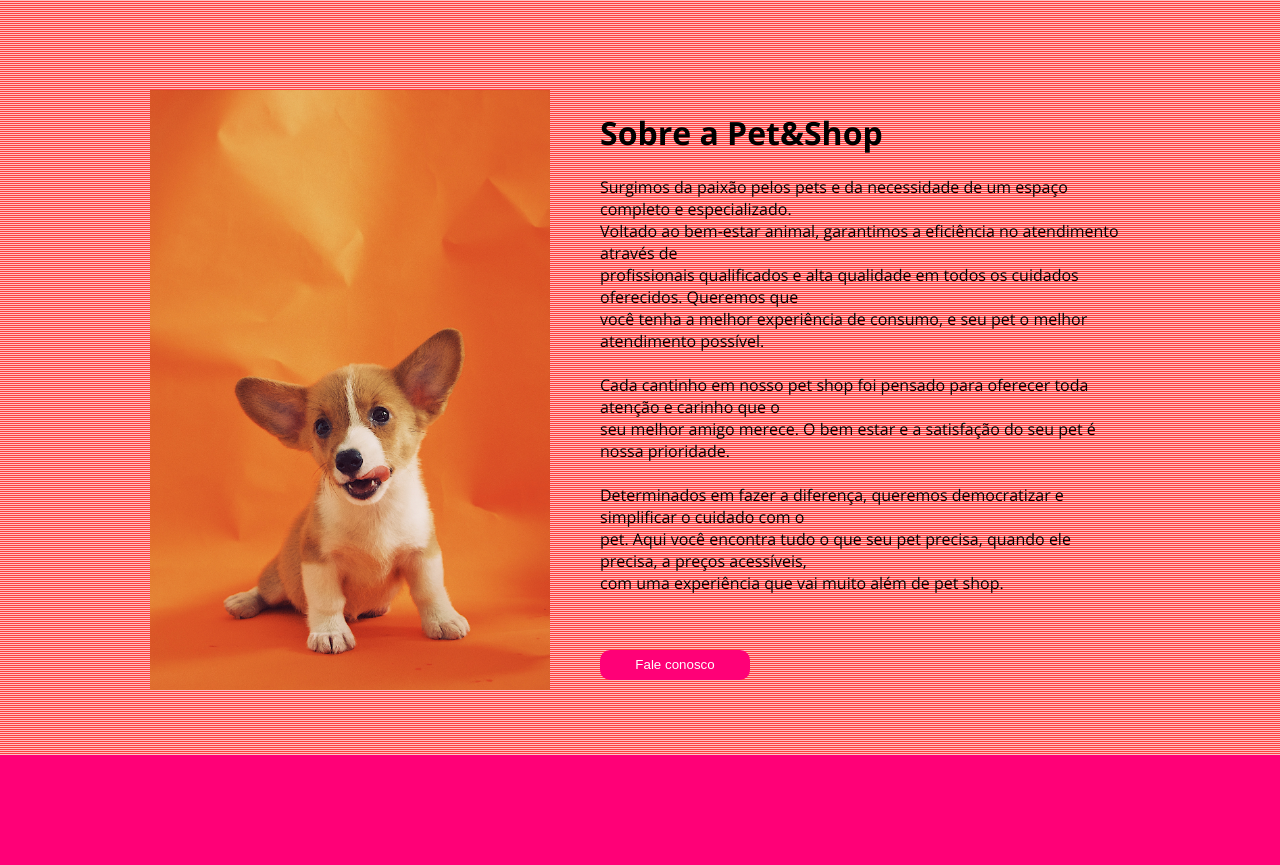
Repository: Carolden/ProhetoPetShop
Page: sobre.html
The author's editor kept a copy of each file at every save. The page is drawn from the files as they stood at one save, then again after the next save.
The browser window is 1280 px wide. The pictures show the part of the page from y = 260 to 1125 px (the page is 1790 px tall).
A picture or video elsewhere on the page could not be fetched, so the positions and the page height are approximate.

Above is the page before, as saved 2023-05-01 15:06:30.

### sobre.html
<!DOCTYPE html>
<html lang="pt-BR">
<head>
    <meta charset="UTF-8">
    <meta http-equiv="X-UA-Compatible" content="IE=edge">
    <meta name="viewport" content="width=device-width, initial-scale=1.0">
    <title>Pet&Shop</title>
    <link rel="stylesheet" href="sobre.css">
    <link rel="stylesheet" href="https://cdnjs.cloudflare.com/ajax/libs/font-awesome/6.4.0/css/all.min.css">
    <link rel="preconnect" href="https://fonts.googleapis.com">
    <link rel="preconnect" href="https://fonts.gstatic.com" crossorigin>
    <link href="https://fonts.googleapis.com/css2?family=Open+Sans:wght@300;400;500;600;700;800&display=swap" rel="stylesheet">


</head>

<body>

    <header>

        <div class="headerrow">
            <div class="headercolumn">
                <img src="Imagens/logo-colored.svg" alt="logo" class="logocolored">
            </div>

            <div>
                <nav class="menu">
                    <a href="index.html">Home</a>
                    <a href="sobre.html" class="active">Sobre</a>
                    <a href="produtos.html">Produtos</a>
                    <a href="servicos.html">Serviços</a>
                    <a href="faleconosco.html">Fale Conosco</a>
                </nav>
            </div>
        </div>


    </header>

    <div class="row">

        <div class="column">

            <img src="Imagens/about.jpg" alt="cachorro" class="img">

        </div>


        <div class="column">

            <h1 class="columntext">Sobre a Pet&Shop</h1>
            <p class="columntext">
                Surgimos da paixão pelos pets e da necessidade de um espaço completo e especializado.<br>Voltado ao bem-estar animal, garantimos a eficiência no atendimento através de<br> profissionais qualificados e alta qualidade em todos os cuidados oferecidos. Queremos que <br>você tenha a melhor experiência de consumo, e seu pet o melhor atendimento possível.<br><br>
                Cada cantinho em nosso pet shop foi pensado para oferecer toda atenção e carinho que o <br>seu melhor amigo merece. O bem estar e a satisfação do seu pet é nossa prioridade.<br><br>
                Determinados em fazer a diferença, queremos democratizar e simplificar o cuidado com o <br>pet. Aqui você encontra tudo o que seu pet precisa, quando ele precisa, a preços acessíveis, <br>com uma experiência que vai muito além de pet shop.
            </p>

            <button class="botao">Fale conosco</button>

        </div>


    </div>


    <footer class="footer">


        <div>
            <img src="Imagens/logo-white.svg" alt="logo" class="logofooter">
        </div>

        <div class="footerrow">

        <div class="footercolumn">
            <h4 class="contato">Contato</h4>
            <p class="contato">
                Estrada sem nome, 1234, Sala 0<br>
                Bairro - Cidade / UF<br>
                12345-678<br>
                <b>(00) 99999-9999<br>
                contato@petshop.com.br<br></b>
            </p>
        </div>


        <div class="footercolumn">
            <h4 class="horario">Horário de funcionamento</h4>
            <p class="horario">
                De Segunda a Sexta-feira das 9 às 19hs.<br>
                Aos Sábados das 9 às 18hs.
            </p>
        </div>


        <div class="footercolumn">
            <h4 class="socialmedia">Siga-nos</h4>
            <i class="fa-brands fa-facebook-f"></i>
            <i class="fa-brands fa-instagram"></i>
            <i class="fa-brands fa-tiktok"></i>
            <i class="fa-brands fa-twitter"></i>
            <i class="fa-brands fa-youtube"></i>
        </div>

        </div>

        <div class="devdbycrie">
            <p>© 2022 pet&shop | Todos os direitos reservados. Desenvolvido por Crie_TI</p>
        </div>


    </footer>

</body>
</html>

### sobre.css
@import url('https://fonts.googleapis.com/css2?family=Open+Sans:wght@300&display=swap');

body {
    margin: 0;
    border: 0;
    font-family: 'Open Sans', sans-serif;
    overflow-x: hidden;
}

/* HEADER */

.logocolored {
    width: 300px;
}

.headerrow {
    display: flex;
    width: 100%;
    align-items: center;
    padding-top: 10px;
    padding-bottom: px;
    margin-bottom: 10px;
}

.menu a {
    text-decoration: none;
    padding: 12px;
    color: #382c32;
    font-weight: 600;
    font-size: 18px;
}

a.active {
    color: white;
    background-color: #FF0077;;
    padding-top: 100%;
    padding-bottom: 33px;
}

a.active:hover {
    color: white
}

a:hover {
    color: #FF0077;;
}

.headercolumn {
    width: 50%;
    padding-left: 150px;
}

.row {
    display: flex;
    padding-left: 150px;
    padding-right: 150px;
    padding-top: 100px;
    background: linear-gradient(to bottom, #ffffff, red);
    background-position: top;
    background-size: 100% 2px;
    padding-bottom: 60px;


}

.column img {
    height: 600px;
    width: 400px;
}

.columntext {
    padding-left: 50px;
}



.botao {
    color: white;
    background-color: #FF0077;
    border-radius: 10px;
    width: 150px;
    height: 30px;
    border: none;
    margin-left: 50px;
    margin-top: 40px;
}























.footerrow {
    display: flex;
    padding-bottom: 60px;
}

.logofooter {
    width: 300px;
}

.footer {
    background-color: #FF0077;
    width: 100%;
    padding: 130px 230px 80px 230px;
    box-sizing: border-box;
    color: white;
}

.footer h4 {
    font-size: 18px;
}

.footercolumn {
    width: 33.33%;
    align-items: center;
    text-align: right;
    font-size: 16px;
}

.contato {
    text-align: left;
}

.horario {
    text-align: center;
}

.socialmedia {
    text-align: right;
}

.footercolumn i {
    padding: 10px;
    font-size: 30px;
}

.devdbycrie {
    border-top: 2px solid rgb(255, 0, 136);
    text-align: center;
    font-size: 18px;
    padding-top: 15px;
}

.footercolumn i:hover {
    transform: scale(1.5) rotate(10deg);
}

After the next save:
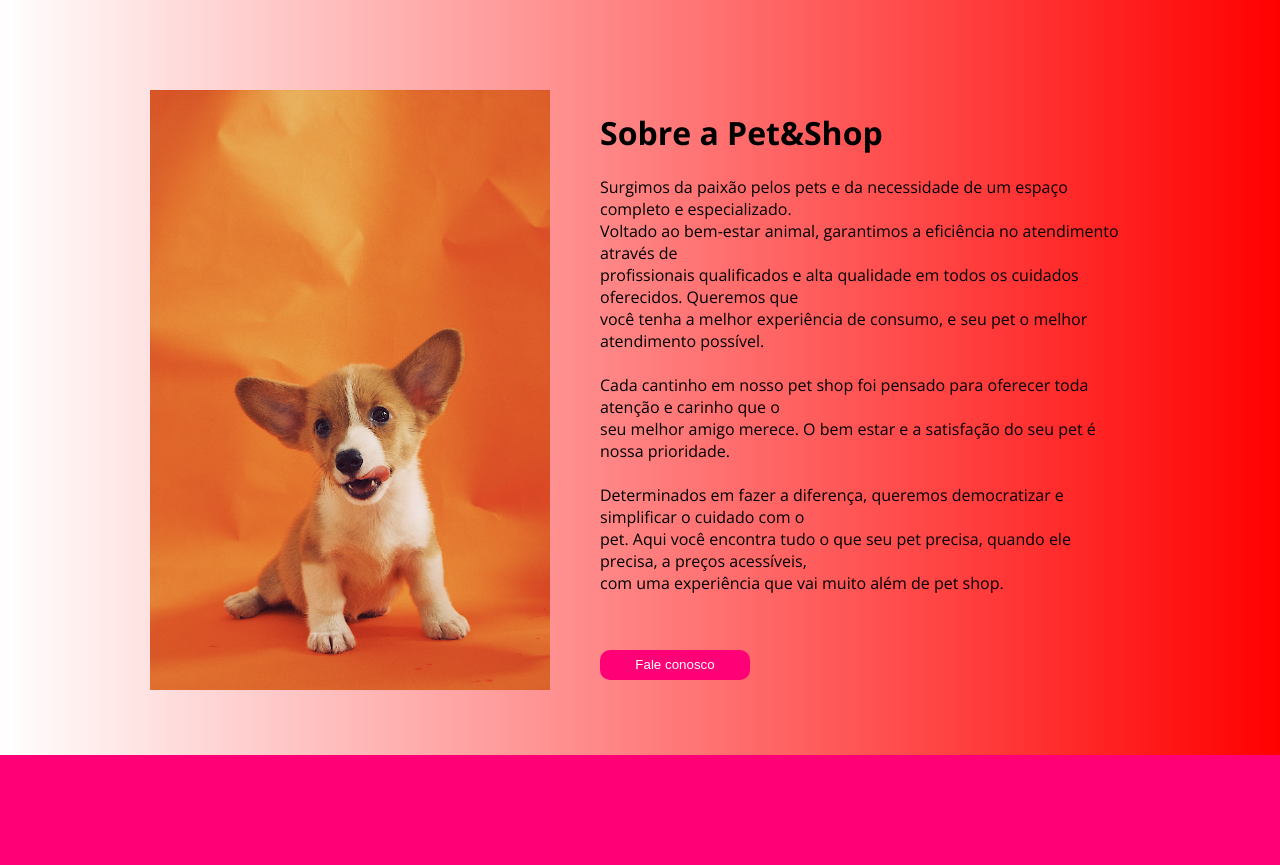
Saved 18 s later.
--- a/sobre.css
+++ b/sobre.css
@@ -55,7 +55,7 @@
     padding-left: 150px;
     padding-right: 150px;
     padding-top: 100px;
-    background: linear-gradient(to bottom, #ffffff, red);
+    background: linear-gradient(to right, #ffffff, red);
     background-position: top;
     background-size: 100% 2px;
     padding-bottom: 60px;
